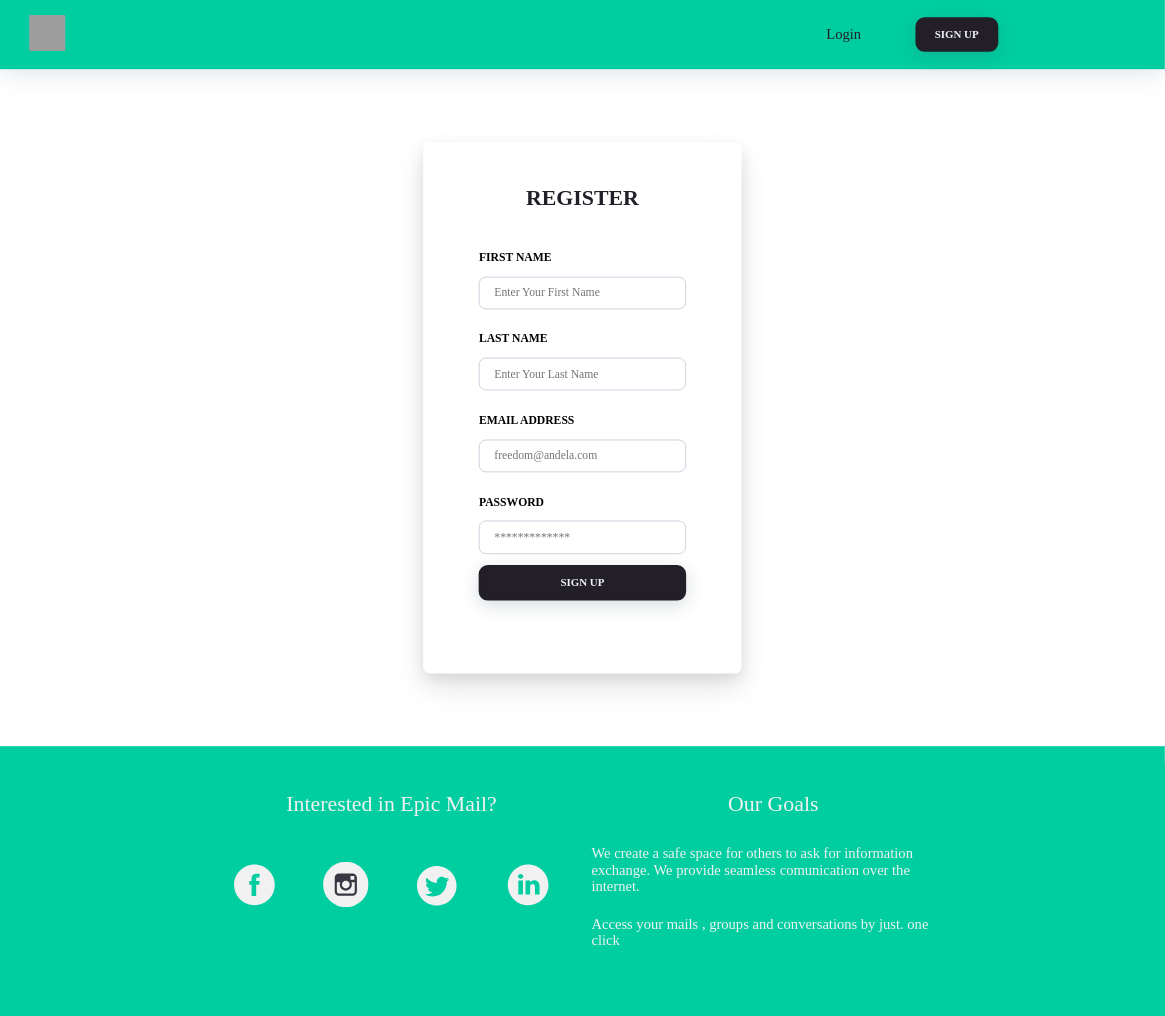
Repository: Gfreedoms/Epic-Mail
Page: pages/register.html
An editor plug-in stored every save of this project. The page is shown before and after the next save, followed by the edit.
The browser window is 1280 px wide. The pictures show the whole page, at 91% of full size.
Pictures or frames that could not be fetched are drawn as grey boxes. Some web fonts or font styles are not loaded; a fallback is used.

Above is the page before, as saved 2019-02-27 08:39:49.

### pages/register.html
<!DOCTYPE html>
<html lang="en">

<head>
	<meta charset="UTF-8">
	<meta name="viewport" content="width=device-width, initial-scale=1.0">
	<meta http-equiv="X-UA-Compatible" content="ie=edge">
	<link rel="apple-touch-icon" sizes="180x180" href="../assets/favicon/apple-touch-icon.png">
	<link rel="icon" type="image/png" sizes="32x32" href="../assets/favicon/favicon-32x32.png">
	<link rel="icon" type="image/png" sizes="16x16" href="../assets/favicon/favicon-16x16.png">
	<link rel="manifest" href="../assets/favicon/site.webmanifest">
	<link rel="mask-icon" href="../assets/favicon/safari-pinned-tab.svg" color="#5bbad5">
	<meta name="msapplication-TileColor" content="#da532c">
	<meta name="theme-color" content="#ffffff">
	<link rel="stylesheet" href="../styles/base.css">
	<link rel="stylesheet" href="../styles/format.css">
	<title>Register | EPIC MAIL - ANDELA BOOTCAMP</title>
</head>

<body>
	<!-- Navigation Section Starts -->
	<section id="navigation">
		<nav class="navbar">
			<a href="../" id="nav-brand">
				<img src="../assets/imgs/logo.svg" alt="">
			</a>
			<ul class="nav-menu">
				<li class="visibility"><a class="hover-t" href="./meetup.html">Meetups</a></li>
				<li class="visibility"><a class="hover-t" href="./questions.html">Questions</a></li>
				<li><a class="hover-t" href="./login.html">Login</a></li>
				<li><a class="reg-btn box-sh-dark hover-lg" href="./register.html">Sign Up</a></li>
			</ul>
			<a id="menu" href="">
				<img src="../assets/imgs/menu.svg" alt="">
			</a>
		</nav>
	</section>
	<!-- Navigation Section Ends -->

	<!-- SideBar Nav -->
	<ul id="sidebar" class="navbar-side side-hidden">
		<li><a href="./login.html">Login</a></li>
		<li><a class="" href="./register.html">Sign Up</a></li>
	</ul>
	<!-- End SideBar Nav -->

	<div class="container">
		<div id="login-form" class="card mauto m4 p3">
			<form action="/" method="POST">
				<div class="container">
					<h3 class="md-text">Register</h3>
					<div class="m1 input">
						<label class="m1" for="name">First Name</label>
						<input class="p1 b-rsm" type="text" name="fullName" placeholder="Enter Your First Name">
					</div>
					<div class="m1 input">
						<label class="m1" for="name">Last Name</label>
						<input class="p1 b-rsm" type="text" name="fullName" placeholder="Enter Your Last Name">
					</div>

					<div class="m1 input">
						<label class="m1" for="name">Email Address</label>
						<input class="p1 b-rsm" type="email" name="email" placeholder="freedom@andela.com">
					</div>

					<div class="m1 input">
						<label class="m1" for="name">Password</label>
						<input class="p1 b-rsm" type="password" name="password" placeholder="*************">
					</div>
					<div class="m2 input">
						<a class="reg-btn box-sh-dark hover-lg" href="./profile.html">Sign Up</a>
					</div>
				</div>
			</form>
		</div>
	</div>

	<footer class="bg-secondary">
		<div class="container">
			<div class="info-about">
				<h3 class="md-text">Interested in Epic Mail?</h3>
				<div class="social-links">
					<a href="#!"><img src="./assets/imgs/icons/facebook.svg" alt=""></a>
					<a href="#!"><img src="./assets/imgs/icons/instagram.svg" alt=""></a>
					<a href="#!"><img src="./assets/imgs/icons/twitter.svg" alt=""></a>
					<a href="#!"><img src="./assets/imgs/icons/linkedin.svg" alt=""></a>
				</div>
			</div>
			<div class="additional-info">
				<h3 class="md-text">Our Goals</h3>
				<p class="sm-text">
					We create a safe space for others to ask for information exchange.
					We provide seamless comunication over the internet.
				</p>
				<p class="sm-text">
					Access your mails , groups and conversations by just.
					one click
				</p>
			</div>
		</div>
	</footer>
	<script src="../scripts/index.js"></script>
</body>

</html>

### styles/base.css
@import url('./fonts.css');

* {
	margin: 0;
	padding: 0;
	box-sizing: border-box;
}

a {
	color: #221F28;
	text-decoration: none;
}

.q-actions {
    display: block;
    margin: 20px 0;
    height: auto;
}

#navigation {
	z-index: 1;
	background: #00cea0;
	/* background: #F1F1F2; */
	width: 100%;
	height: auto;
	padding: 1rem 2rem;
	box-shadow: 0 0 30px rgba(7, 51, 84, .17);
	-webkit-box-shadow: 0 0 30px rgba(7, 51, 84, .17);
	-moz-box-shadow: 0 0 30px rgba(7, 51, 84, .17);
}

#nav-brand img {
    height: 40px;
    width: 40px;
}

.navbar {
	display: grid;
	grid-template-columns: 20% 40%;
	grid-gap: 30%;
	align-items: center;
}

.navbar-side {
	height: 100%;
	background: #F1F1F2;
	position: absolute;
	z-index: 9999;
	width: 350px;
	/* box-shadow: 9px -1px 29px 1px; */
	box-shadow: 13px 0px 22px -10px rgba(35, 31, 41, 0.44);
	padding: 20px;
	list-style-type: none;
}

.navbar-side li {
	padding: 20px 10px;
}

.navbar-side li:hover {
	background: #221F28;
	color: #F1F1F2;
}

.navbar-side li:hover>a {
	color: #F1F1F2;
}

.navbar-side a {
	font-family: 'Circular-Book';
}

.navbar-side a:hover {
	color: #F1F1F2;
}

.side-hidden {
	margin-left: -390px;
	transition: all 0.3s ease-out;
}

.side-active {
	margin-left: 0px;
	transition: all 0.3s ease-in;
}

.nav-menu {
	list-style-type: none;
	display: flex;
	align-items: center;
}

.nav-menu li {
	justify-content: center;
	flex: auto;
	display: flex;
}

.nav-menu a {
	text-decoration: none;
}

.reg-btn {
	background: #221F28;
	color: #F1F1F2;
	padding: 0.8rem 1.2rem;
	line-height: 9px;
	font-weight: 600;
	text-transform: uppercase;
	font-size: 12px;
	border-radius: 10px;
	-webkit-border-radius: 10px;
	-moz-border-radius: 10px;
	display: block;
	transition: all .5s ease;
	-webkit-transition: all .5s ease;
	-moz-transition: all .5s ease;
	border: 2px solid #221F28;
}

.btn {
	background: #221F28;
	color: #F1F1F2;
	padding: 1.5rem 1rem;
	line-height: 9px;
	font-weight: 600;
	text-transform: uppercase;
	font-size: 1.5rem;
	border-radius: 10px;
	-webkit-border-radius: 10px;
	-moz-border-radius: 10px;
	display: block;
	transition: all .5s ease;
	-webkit-transition: all .5s ease;
	-moz-transition: all .5s ease;
	border: 2px solid #221F28;
	text-align: center;
}

.cta-btn {
	background: #F1F1F2;
	color: #221F28;
	font-family: 'Circular-Bold';
	margin: 2rem 0;
	padding: 0.8rem 1.2rem;
	line-height: 2rem;
	font-size: 2rem;
	font-weight: 600;
	text-transform: uppercase;
	font-size: 1rem;
	border-radius: 10px;
	-webkit-border-radius: 10px;
	-moz-border-radius: 10px;
	transition: all .5s ease;
	-webkit-transition: all .5s ease;
	-moz-transition: all .5s ease;
	border: 2px solid #F1F1F2;
}

.btn.sm {
	width: 40%
}

.box-sh-dark {
	-webkit-box-shadow: 0 5px 20px rgba(51, 73, 90, .2);
	box-shadow: 0 5px 20px rgba(51, 73, 90, .2);
}

#section-hero {
	padding-top: 130px;
	padding-bottom: 130px;
	background-color: #393541;
	background-image: url("data:[embedded picture, 478 characters]");
	background-attachment: fixed;
	background-size: cover;
	background-repeat: no-repeat;
	background-position: 50%;
	min-height: 600px;
	position: relative;
	width: 100%;
	display: flex;
	align-items: CENTER;
}

/* @media screen and (max-width:1680px) {} */

@media screen and (min-width: 1680px) {
	.rsvp span {
		padding: 1rem 1.4rem !important;
		color: white !important;
		border-radius: 6px !important;
		cursor: pointer !important;
	}

	.nav-menu a.hover-t {
		font-size: 1.7rem !important;
	}

	.meetups span {
		font-size: 1.4rem !important;
	}

	.m1 {
		margin-top: 3rem !important;
		margin-bottom: 0.6rem !important;
	}

	#section-hero {
		background-position: 50%;
	}

	.nav-menu a.hover-t {
		font-size: 1.3rem;
	}

	.nav-menu a {
		text-decoration: none;
		font-size: 1.1rem;
	}

	.reg-btn {
		padding: 1.5rem 1.6rem 1.5rem;
	}

	.bg-text {
		font-size: 4rem !important;
	}

	.md-text {
		font-size: 2.2rem !important;
		margin-bottom: 1rem !important;
	}

	.sm-text {
		font-size: 1.5rem !important;
	}
}

.container {
	width: 75%;
	margin: 0 auto;
}

.w-sm {
	width: 80% !important;
}

.w-md {
	width: 60% !important;
}

.w-lg {
	width: 40% !important;
}

.hero-text {
	height: 100%;
}

.bg-text,
.md-text,
.sm-text {
	color: #F1F1F2;
}

.bg-text {
	margin-bottom: 1.5rem;
	font-family: 'Circular-Bold';
	font-weight: 700;
	font-size: 3rem;
}

.md-text {
	margin-bottom: 2rem;
	font-family: 'Circular-Book';
	font-weight: 400;
	font-size: 1.5rem;
}

.sm-text {
	margin-bottom: 1.5rem;
	font-family: 'Circular-Light';
	font-weight: 400;
	font-size: 1rem;
}

.info-section,
.info-platform,
.info-expl {
	padding: 3rem 0;
	min-height: 50%;
}

.info-section,
.info-expl {
	background: #F1F1F2;
}

.info-platform {
	background: #C5CFD9;
}

.info-section .container,
.info-platform .container,
.info-expl .container {
	display: grid;
	grid-template-columns: 1fr 1fr;
	/* padding: 50px; */
}

.side {
	margin-top: 2rem;
	margin-bottom: 2rem;
	position: relative;
}

.info-section p,
.info-section h3,
.info-platform p,
.info-platform h3,
.info-expl p,
.info-expl h3 {
	color: #221F28;
}

.bg-primary {
	background: #221F28;
}

.bg-secondary {
	background: #00cea0;
}

.info-desc {
	flex: 1;
	align-items: center;
	display: flex;
	flex-direction: column;
	justify-content: center;
}

.info-action {
	text-align: center;
}

.card {
	border-radius: .45rem;
	background: #ffffff;
	box-shadow: 0 15px 30px 0 rgba(0, 0, 0, .11), 0 5px 15px 0 rgba(0, 0, 0, .08);
}

.card-lg {
	border-radius: .25rem;
	background: #ffffff;
	box-shadow: 0 15px 30px 0 rgba(0, 0, 0, .11), 0 5px 15px 0 rgba(0, 0, 0, .08);
}

.mauto {
	margin-left: auto;
	margin-right: auto;
}

.m4 {
	margin-top: 5rem;
	margin-bottom: 5rem;
}

.m3 {
	margin-top: 3rem;
	margin-bottom: 3rem;
}

.m2 {
	margin-top: 2rem;
	margin-bottom: 2rem;
}

.m1 {
	margin-top: 0.6rem;
	margin-bottom: 0.6rem;
}

.p4 {
	padding-top: 5rem;
	padding-bottom: 5rem;
}

.p3 {
	padding-top: 3rem;
	padding-bottom: 3rem;
}

.p2 {
	padding-top: 2rem;
	padding-bottom: 2rem;
}

.p1 {
	padding-top: 0.6rem;
	padding-bottom: 0.6rem;
}

.t-al {
	text-align: center !important;
}

form label {
	font-weight: 600;
	text-transform: uppercase;
	font-size: 0.8rem;
	font-family: 'Circular-Book';
}

form .reg-btn {
	text-align: center;
}

#login-form {
	width: 350px;
}

#login-form h3,
#q-wrapper h3 {
	color: #221F28;
	text-transform: uppercase;
	font-weight: 800;
	text-align: center;
	/* border-bottom: 4px solid #221F28; */
}

.input {
	display: grid;
	grid-template-columns: 1fr;
	margin-top: 10px;
}

.input input {
	padding-left: 1rem;
	padding-right: 1rem;
	font-family: 'Circular-Light';
	font-size: 0.8rem;
	border: 1px solid #C5CFD9;
	background: #ffffff;
}

.input textarea {
	padding-left: 1rem;
	padding-right: 1rem;
	font-family: 'Circular-Light';
	font-size: 0.8rem;
	border: 1px solid #C5CFD9;
	background: #ffffff;
}

.input select {
	border: 1px solid #C5CFD9;
	padding: 0.4rem 0.5rem;
	height: 2rem;
}

.b-rsm {
	border-radius: 8px;
}

#menu {
	display: none;
}

#menu img {
	height: 30px;
}

img {
	height: 15rem;
	width: auto;
}

footer {
	padding: 50px 10px;
}

footer .container {
	display: grid;
	grid-template-columns: 1fr 1fr;
	/* margin-bottom: 50px; */
	grid-gap: 20px;
}

footer h3 {
	/* padding-bottom: 1rem; */
	/* border-bottom: 4px solid #F1F1F2; */
	text-align: center;
}

.social-links {
	display: grid;
	grid-template-columns: 1fr 1fr 1fr 1fr;
	margin-top: 50px;
}

.social-links img {
	height: 50px;
}

.social-links a {
	text-align: center;
}

.info-about h3 {
	margin-bottom: 0 !important;
}

.b-danger {
	background: #F01D43 !important;
}

.b-mild {
	background: #80808094 !important;
	color: #ffffff !important;
}

.b-success {
	background: #00cea0 !important;
}

.b-wicked {
	background: #ff003b !important;
}

/*
.b-wicked {
	background: #6a1b9a !important;
} */

.header {
	display: grid;
	grid-template-columns: 1fr 1fr;
	align-items: center;
}

.hover-t:hover {
	color: purple;
}

.hover-lg:hover {
	cursor: pointer;
	transform: scale(1.009, 1.009);
	-webkit-box-shadow: 2px 2px 20px 0px rgba(128, 128, 128, 0.74);
	-moz-box-shadow: 2px 2px 20px 0px rgba(128, 128, 128, 0.74);
	box-shadow: 2px 2px 20px 0px rgba(128, 128, 128, 0.74);
	transition: all 0.8s cubic-bezier(0.165, 0.84, 0.44, 1);
}

.visibility {
	visibility: hidden;
}

/* MEDIA QUERIES */
@media all and (max-width: 850px) {
	.navbar {
		grid-template-columns: 20% 60%;
		grid-gap: 20%;
	}
}

@media all and (max-width: 850px) {
	.nav-menu {
		display: none;
	}

	#menu {
		display: block;
		text-align: right;
	}
}

@media all and (max-width: 1050px) {
	.navbar {
		grid-template-columns: 20% 60%;
		grid-gap: 20%;
	}
}

@media all and (max-width: 350px) {
	img {
		height: 12rem;
		width: auto;
	}

	.social-links img {
		height: 40px;
	}
}

@media all and (max-width: 670px) {
	.social-links {
		margin-top: 25px;
	}

	.info-about {
		margin-bottom: 25px;
	}

	.nav-menu {
		flex-wrap: wrap;
	}

	.nav-menu>li {
		flex-basis: 50%;
	}

	.info-section .container,
	.info-platform .container,
	.info-expl .container {
		grid-template-columns: 1fr;
	}

	footer .container {
		grid-template-columns: 1fr;
		grid-gap: 10px;
	}
}

@media all and (max-width: 400px) {
	.nav-menu>li {
		flex-basis: 100%;
	}

	.intro a {
		width: 100% !important;
	}

	.btn {
		background: #221F28;
		color: #F1F1F2;
		padding: 0.8rem 1rem;
		line-height: 9px;
		font-weight: 600;
		text-transform: uppercase;
		font-size: 1rem;
		border-radius: 10px;
	}
}

@media all and (min-width: 576px) {
	.hide-lg {
		display: none !important;
	}
}

@media all and (max-width: 576px) {
	.hide-sm {
		display: none !important;
	}
}

@media all and (max-width: 450px) {
	.container {
		width: 80%;
	}

	#login-form {
		width: auto;
	}
}

@media all and (max-width: 400px) {
	.hero-text {
		top: 40%;
		width: 70%;
		left: 10%;
	}

	.md-text {
		font-family: 'Circular-Book';
		margin-bottom: 1rem;
		font-weight: 100;
		font-size: 1.2rem;
	}

	form label {
		font-family: 'Circular-Light';
	}

	.f-bold {
		font-family: 'Circular-Book' !important;
	}

	.bg-text {
		margin-bottom: 1.3rem;
		font-family: 'Circular-Book';
		font-weight: 400;
		font-size: 2rem;
	}

	.cta-btn {
		font-size: 0.7rem;
		padding: 0.4rem 1rem;
	}
}

@media (min-width: 576px) {
	.w-auto {
		width: 75% !important;
	}

	.container {
		width: 85%;
	}
}

@media (min-width: 768px) {
	.w-auto {
		width: 40% !important;
	}

	.container {
		width: 85%;
	}
}

@media (min-width: 992px) {
	.w-auto {
		width: 35% !important;
	}

	.container {
		width: 70%;
	}
}

@media (min-width: 1200px) {
	.w-auto {
		width: 40% !important;
	}

	.container {
		width: 65%;
	}
}

/* END MEDIA QUERIES */

### styles/format.css
.is-danger {
	color: red;
}

.divider {
	height: 0.2rem;
	background: #221F28;
	opacity: 0.1;
	margin: 1rem auto;
	width: 100%;
}

table {
	width: 750px;
	border-collapse: collapse;
	margin: 50px auto;
}

/* Zebra striping */
tr:nth-of-type(odd) {
	background: #eee;
}

th {
	background: #221F28;
	color: white;
	font-weight: bold;
}

td,
th {
	padding: 10px;
	border: 1px solid #ccc;
	text-align: left;
	font-size: 18px;
}

@media only screen and (max-width: 760px),
(min-device-width: 768px) and (max-device-width: 1024px) {

	table {
		width: 100%;
	}

	/* Force table to not be like tables anymore */
	table,
	thead,
	tbody,
	th,
	td,
	tr {
		display: block;
	}

	thead tr {
		position: absolute;
		top: -9999px;
		left: -9999px;
	}

	tr {
		border: 1px solid #ccc;
	}

	td {
		border: none;
		border-bottom: 1px solid #eee;
		position: relative;
		padding-left: 50%;
	}

	td:before {
		position: absolute;
		/* Top/left values mimic padding */
		top: 6px;
		left: 6px;
		width: 45%;
		padding-right: 10px;
		white-space: nowrap;
		/* Label the data */
		content: attr(data-column);

		color: #000;
		font-weight: bold;
	}

	tbody tr {
		padding: 1rem;
	}
}

.m1 {
	margin-top: 0.8rem !important;
	margin-bottom: 0.8rem !important;
}

.pagination {
	text-align: center;
	margin: 2rem auto;
}

.pagination span {
	padding: 10px;
	border-radius: 2px;
	font-family: 'Circular-Book';
	font-weight: 600;
	font-size: 1rem;
	margin: 0 5px;
}

@media screen and (min-width: 1680px) {
	.reg-btn {
		padding: 1.5rem 1.6rem 1.5rem;
		font-size: 1rem;
	}

	.input {
		margin-top: 2rem;
	}

	.nav-menu a.hover-t {
		font-size: 1.4rem !important;
	}
}

### scripts/index.js
(function () {
  function togggleSidebar(e) {
    e.preventDefault();
    const sideBar = document.getElementById('sidebar');
    sideBar.classList.toggle('side-active');
    sideBar.classList.toggle('side-hidden');
  }
  const menu = document.getElementById('menu');
  menu.addEventListener('click', togggleSidebar, false);
}());

### styles/fonts.css
@font-face {
	font-family: "Circular-Light";
	src:
		url("../assets/fonts/Circular-Light.woff") format("woff");
}
@font-face {
	font-family: "Circular-Book";
	src:
		url("../assets/fonts/Circular-Book.woff") format("woff");
}
@font-face {
	font-family: "Circular-Bold";
	src:
		url("../assets/fonts/Circular-Bold.woff") format("woff");
}

* {
	font-family: 'Circular-Light';
}

After the next save:
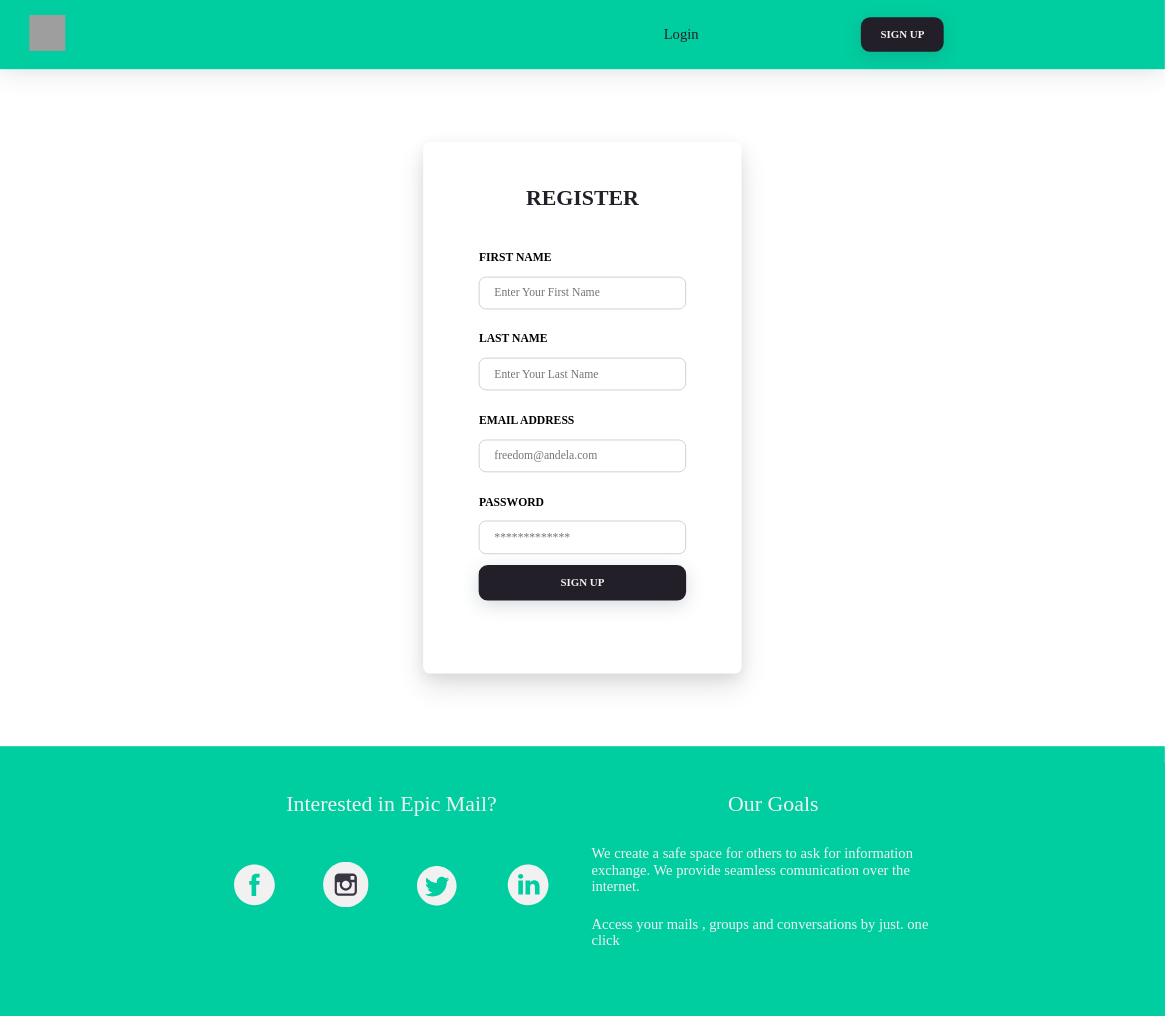
Saved 9 h 42 min later.
--- a/pages/register.html
+++ b/pages/register.html
@@ -25,8 +25,6 @@
 				<img src="../assets/imgs/logo.svg" alt="">
 			</a>
 			<ul class="nav-menu">
-				<li class="visibility"><a class="hover-t" href="./meetup.html">Meetups</a></li>
-				<li class="visibility"><a class="hover-t" href="./questions.html">Questions</a></li>
 				<li><a class="hover-t" href="./login.html">Login</a></li>
 				<li><a class="reg-btn box-sh-dark hover-lg" href="./register.html">Sign Up</a></li>
 			</ul>
@@ -41,6 +39,7 @@
 	<ul id="sidebar" class="navbar-side side-hidden">
 		<li><a href="./login.html">Login</a></li>
 		<li><a class="" href="./register.html">Sign Up</a></li>
+		<li><a class="" href="./register.html">Admin</a></li>
 	</ul>
 	<!-- End SideBar Nav -->
 
